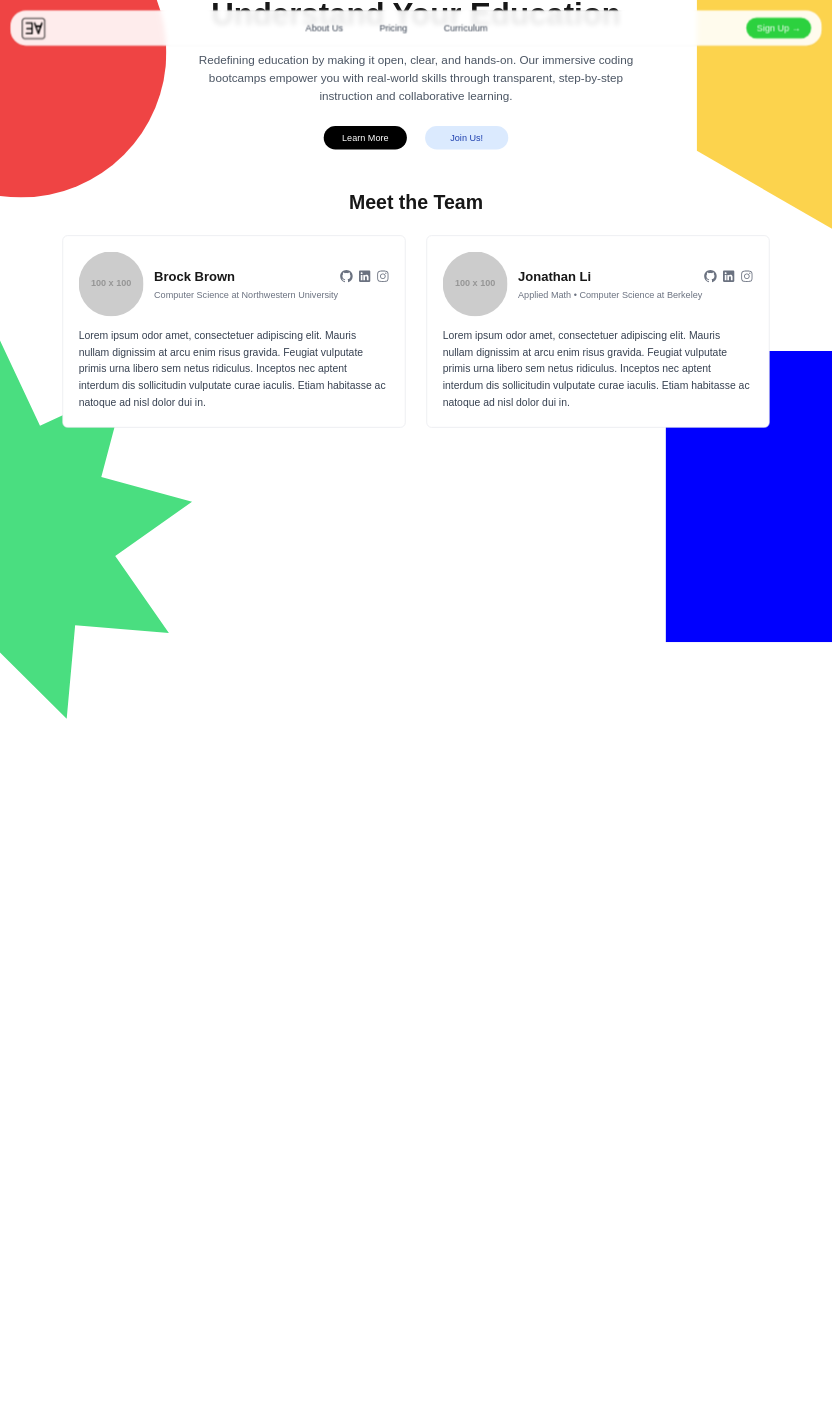
Repository: johnnyli-dev/bootcamp
Page: /
The author's editor kept a copy of each file at every save. The page is drawn from the files as they stood at one save, then again after the next save.
The browser window is 1280 px wide. The pictures show the whole page, at 65% of full size.
The project was rebuilt for these pictures with package versions that can differ from the ones it lists, and the page was loaded fresh each time. The framework's server and built-in components were replaced by stand-ins that run in the browser. Also part of the build but not shown: next.config.ts.

Above is the page before, as saved 2025-02-22 16:13:04.

After the next save:
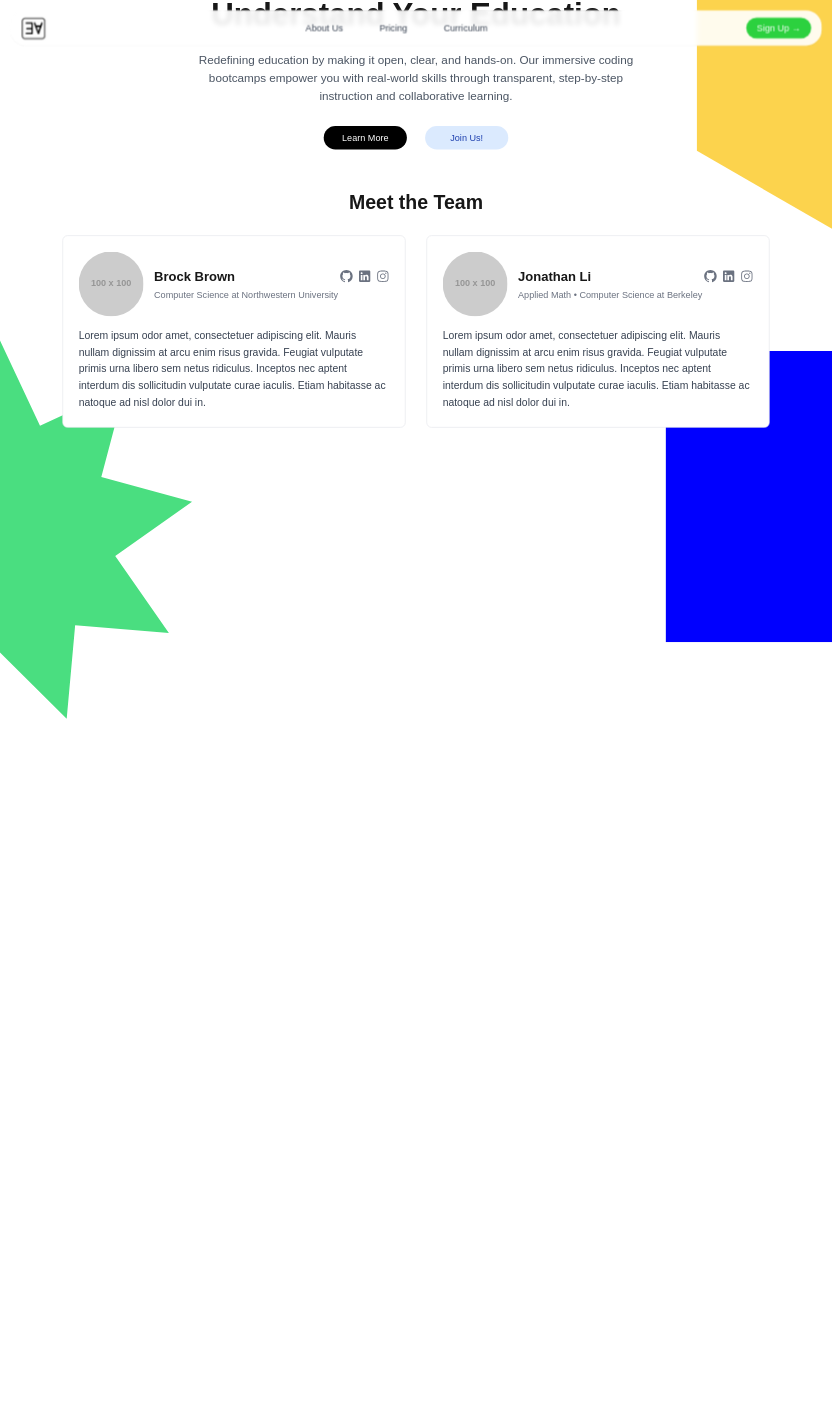
Saved 2 min 26 s later.
--- a/app/components/Shapes.tsx
+++ b/app/components/Shapes.tsx
@@ -13,7 +13,7 @@
 				MozTransform: `rotate(${rotation}deg)`,
 			}}
 		>
-			<circle cx="128" cy="128" r="128" fill="#EF4444" />
+			<ellipse cx="128" cy="120" r="128" fill="#EF4444" />
 		</svg>
 	);
 }

After the save that followed:
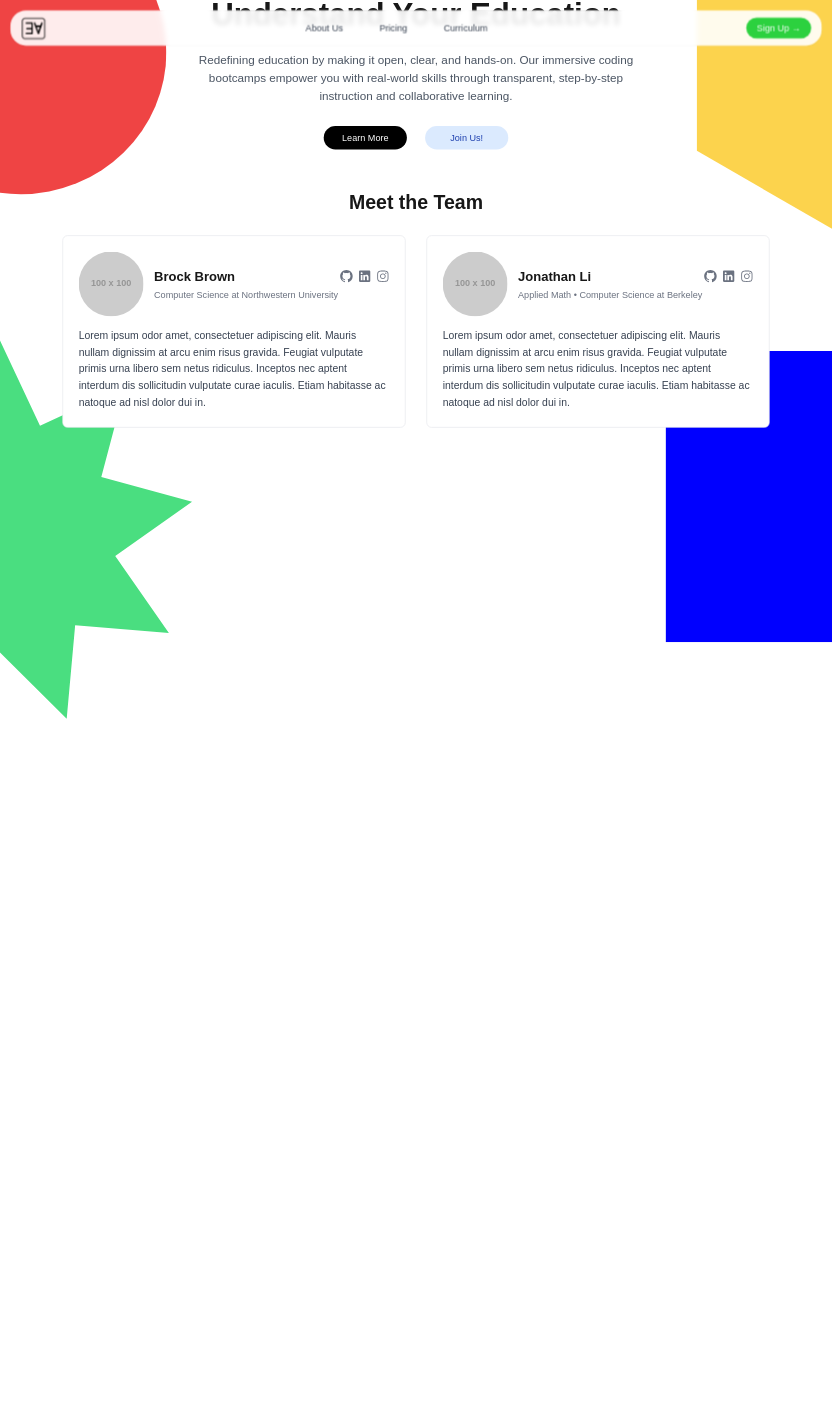
Saved 62 s later.
--- a/app/components/Shapes.tsx
+++ b/app/components/Shapes.tsx
@@ -13,7 +13,7 @@
 				MozTransform: `rotate(${rotation}deg)`,
 			}}
 		>
-			<ellipse cx="128" cy="120" r="128" fill="#EF4444" />
+			<ellipse cx="128" cy="128" rx="128" ry="125" fill="#EF4444" />
 		</svg>
 	);
 }
